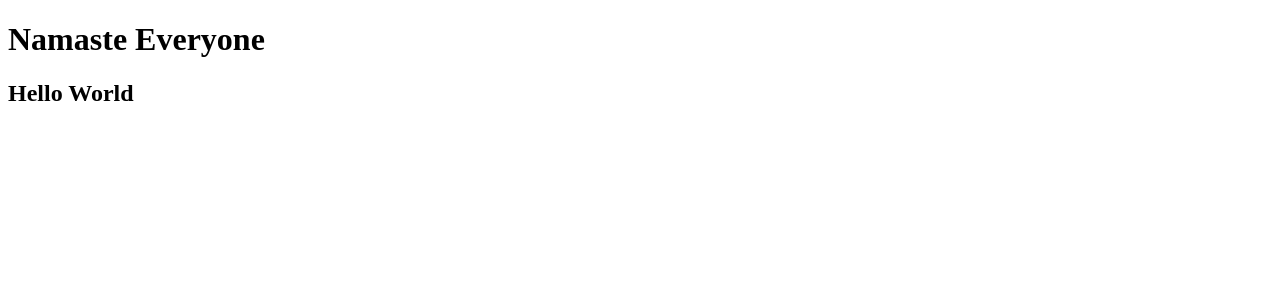
Repository: W0474997SteveArmstrong/NamasteReact
Page: index.html
An editor plug-in stored every save of this project. The page is shown before and after the next save, followed by the edit.
The browser window is 1280 px wide. The pictures show the whole page.

Above is the page before, as saved 2022-12-25 20:53:32.

After the next save:
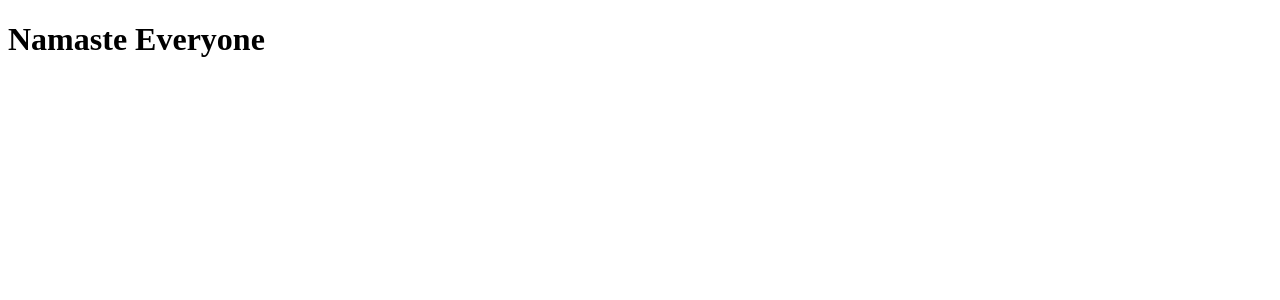
Saved 35 s later.
--- a/index.html
+++ b/index.html
@@ -13,7 +13,7 @@
     <div id="root">
     </div>
     <!-- <h1>Namaste Everyone!</h1> -->
-    <h2 id="title">Hello World</h2>
+    <!-- <h2 id="title">Hello World</h2> -->
 
 </body>
 <script>
